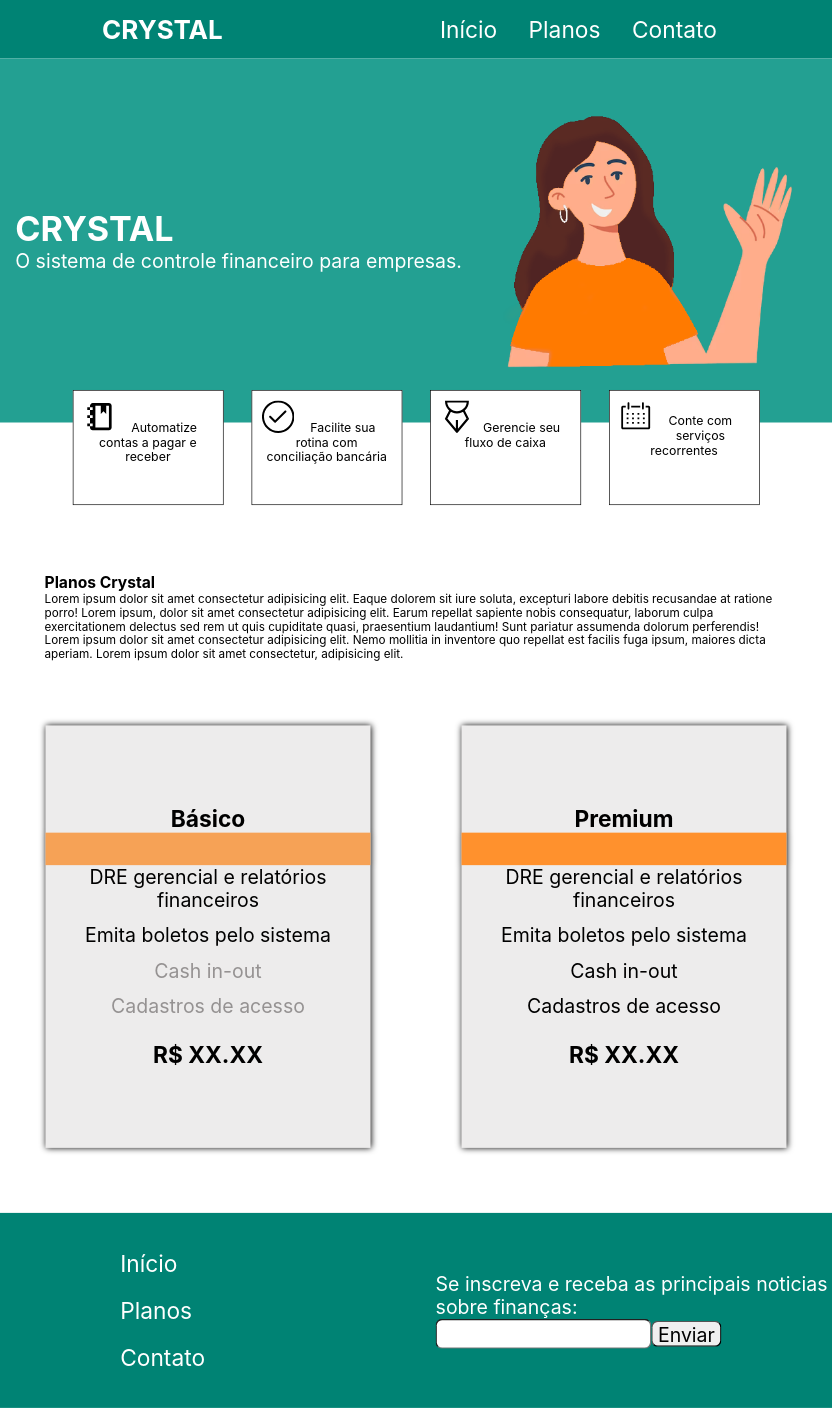
Repository: Matheus904-12/Crystallize
Page: index.html
The author's editor kept a copy of each file at every save. The page is drawn from the files as they stood at one save, then again after the next save.
The browser window is 1280 px wide. The pictures show the whole page, at 65% of full size.
Some web fonts or font styles are not loaded; a fallback is used.

Above is the page before, as saved 2023-07-24 21:19:36.

### index.html
<!DOCTYPE html>
<html lang="pt-br">

<head>
    <meta charset="UTF-8">
    <meta name="viewport" content="width=device-width, initial-scale=1.0">

    <title>Crystal</title>

    <link rel="stylesheet" href="style.css">

</head>

<body>

    <header id="header">

        <h1 class="textoBranco logo">
            CRYSTAL
        </h1>

        <div class="textoBranco links">
            <a href="#header" class="paginas">Início</a>
            <a href="#planosOPC" class="paginas">Planos</a>
            <a href="contato.html" class="paginas">Contato</a>
        </div>

    </header>
    <section class="destaque">
        <div id="textLateral">
            <div class="textoBranco" id="titulo">
                <h1>CRYSTAL</h1>
            </div>
            <div class="textoBranco">
                <p>O sistema de controle financeiro para empresas.</p>
            </div>
        </div>
        <div class="textoBranco">
            <img src="mulher.png" alt="mulher acenando">
        </div>
    </section>
    <div class="boxes">
        <div class="box">
            <img src="planner.svg" alt="Logotipo">
            <h1></h1>
            <p>Automatize contas a pagar e receber</p>
        </div>
        <div class="box">
            <img src="check.svg" alt="Logotipo">
            <h1></h1>
            <p>Facilite sua rotina com conciliação bancária</p>
        </div>
        <div class="box">
            <img src="caneta.svg" alt="Logotipo">
            <h1></h1>
            <p>Gerencie seu fluxo de caixa</p>
        </div>
        <div class="box">
            <img src="calendario.svg" alt="Logotipo">
            <h1></h1>
            <p style="margin-top: 20px;">Conte com serviços recorrentes</p>
        </div>
    </div>

    <section id="planosOpc">
        <h1 class="textoPadrao planoTitulo">
            Planos Crystal
        </h1>
        <div class="textoPadrao planoTexto">
            <p>Lorem ipsum dolor sit amet consectetur adipisicing elit. Eaque dolorem sit iure soluta, excepturi labore debitis recusandae at ratione porro! Lorem ipsum, dolor sit amet consectetur adipisicing elit. Earum repellat sapiente nobis consequatur, laborum culpa exercitationem delectus sed rem ut quis cupiditate quasi, praesentium laudantium! Sunt pariatur assumenda dolorum perferendis!</p>
            <p>Lorem ipsum dolor sit amet consectetur adipisicing elit. Nemo mollitia in inventore quo repellat est facilis fuga ipsum, maiores dicta aperiam. Lorem ipsum dolor sit amet consectetur, adipisicing elit.</p>

        </div>
    </section>

    <nav class="opcoes">
        <div class="basic">
            <h2>Básico</h2>
            <div class="faixaBasic"></div>
            <p class="textoPadrao">DRE gerencial e relatórios financeiros</p>
            <br>
            <p class="textoPadrao">Emita boletos pelo sistema</p>
            <br>
            <p class="textoPadrao desativado">Cash in-out</p>
            <br>
            <p class="textoPadrao desativado">Cadastros de acesso</p>
            <br>
            <br>
            <h2>R$ XX.XX</h2>
        </div>

        <div class="premium">
            <h2>Premium</h2>
            <div class="faixa"></div>
            <p class="textoPadrao">DRE gerencial e relatórios financeiros</p>
            <br>
            <p class="textoPadrao">Emita boletos pelo sistema</p>
            <br>
            <p class="textoPadrao">Cash in-out</p>
            <br>
            <p class="textoPadrao">Cadastros de acesso</p>
            <br>
            <br>
            <h2>R$ XX.XX</h2>

        </div>
    </nav>

    <footer>
        <div class="textoBranco coluna">
            <a href="#header" class="paginasVertical">Início</a>
            <a href="#planosOPC" class="paginasVertical">Planos</a>
            <a href="contato.html" class="paginasVertical">Contato</a>
        </div>

        <div id="inscrever">
            <div class="coluna">
                <p class="textoBranco" id="inscricao">Se inscreva e receba as principais noticias sobre finanças:</p>
                <br>
                <br>
                <br>
                <br>
                <div class="inscreverse">
                    <input id="email" type="email">

                    <button id="enviar">Enviar</button>
                </div>
            </div>
        </div>
    </footer>
</body>

</html>

### style.css
/* RESET */

* {
    margin: 0;
}

/* FIM RESET */

/* PADRAO */

@font-face {
    font-family: "inter";
    src: url(atributos/fontInter/Inter-VariableFont_slnt\,wght.ttf);
}

h2 {
    font-size: 35px;
    font-family: "inter";
}

.textoBranco {
    font-family: "inter";
    color: #fff;
    font-size: 30px;
}

.textoPadrao {
    font-family: "inter";
    font-size: 30px;
}

html {
    scroll-behavior: smooth;
}

/* FIM PADRAO */


/* HEADER */

#header {
    background-color: #008374;
    width: 100vw;
    height: 90px;

    display: flex;
    justify-content: space-around;
    align-items: center;

}

.logo {
    font-size: 40px;
    color: #fff;
  }



.paginas {
    font-size: 35px;
    color: #fff;
    text-decoration: none;
    padding: 0px 20px;
}

/* FIM HEADER */

/* DESTAQUE */

.destaque {
    display: flex;
    align-items: center;
    justify-content: space-around;
    width: 100vw;
    height: 560px;

    background-color: #23A092;
}

#titulo {
    font-family: "inter";
    font-size: 35px;

}

/* FIM DESTAQUE*/










/* PLANOS */

.planosOpc {
    position: absolute;
    display: flex;
    width: 100px;
    height: 200px;
    font-size: 18px;
    flex-wrap: wrap;
  }

  .planoTitulo {
    font-size: 24px;
    margin-top: 5px;
    padding: 0px 50px 0px 68.5px;
  }

  .planoTexto {
    padding: 0px 68.5px 0px 68.5px;
    font-size: 18px;
  }
/* FIM PLANOS */

/* OPCOES */

.opcoes {
    padding: 100px 0px;
    width: 100vw;
    display: flex;
    justify-content: space-around;
    text-align: center;
}

.faixa {
    width: 500px;
    height: 50px;

    background-color: #FF912D;
}

.faixaBasic {
    width: 500px;
    height: 50px;

    background-color: #F6A256;
}



.basic {
            background-color: #EDECEC;

            width: 500px;
            height: 650px;

            display: flex;
            justify-content: center;
            flex-direction: column;

            filter: drop-shadow(1px 0px 5px #000000);

        }

.desativado {
    color: #959292;
}

.premium {
            background-color: #EDECEC;

            width: 500px;
            height: 650px;

            display: flex;
            justify-content: center;
            flex-direction: column;

            filter: drop-shadow(1px 0px 5px #000000);
        }
/* FIM OPCOES */
/* RODAPE */

footer {
    width: 100vw;
    height: 300px;

    display: flex;
    align-items: center;
    justify-content: space-around;

    background-color: #008374;
}

 .coluna {
    display: flex;
    flex-direction: column;}


.paginasVertical {
    padding: 15px;
    font-size: 35px;
    color: #fff;
    text-decoration: none;
}

#inscrever {
    width: 440px;
    height: 300px;

    flex-direction: column;
    display: flex;
    align-content: center;
    justify-content: space-around;

}

#inscricao {
    position: absolute;
}

#email {
    width: 400px;
    height: 40px;
    border-radius: 10px;
}

#enviar {
    width: 130px;
    height: 40px;
    border-radius: 10px;
    font-size: 30px;
    font-family: "inter";
}

.inscreverse {
    display: flex;
    align-items: center;
}
/*Caxinhas*/
.box {
    width: 200px;
    height: 145px;
    border: 1px solid black;
    padding: 15px;
    margin: 10px;
    margin-top: -50px;
    background-color: #FFF;
  }

  .box h1 {
    font-size: 20px;
    font-weight: bold;
  }

  .box p {
    color: #000;
    font-family: Inter;
    font-size: 19px;
    font-style: normal;
    font-weight: 400;
    line-height: normal;
    margin-top: 30px;
    text-align: center;
  }

  .box img {
    width: 50px;
    height: 50px;
    float:inline-start;
    margin-right: 10px;
    margin-top: 80px;
  }

  .boxes {
    display: flex;
    justify-content: space-around;
    align-items: center;
    padding: 90px;
    margin-top: -90px;
  }

  .box img {
    display: block;
    margin: 0 auto;
  }

  .box {
    display: inline-block;
  }

  /* INFORMACOES */

.info {
    display: flex;
    flex-direction: column;

    margin: 100px 500px

}

.comoContatar {
    margin: 100px 100px
}
/* FIM INFORMACOES */

After the next save:
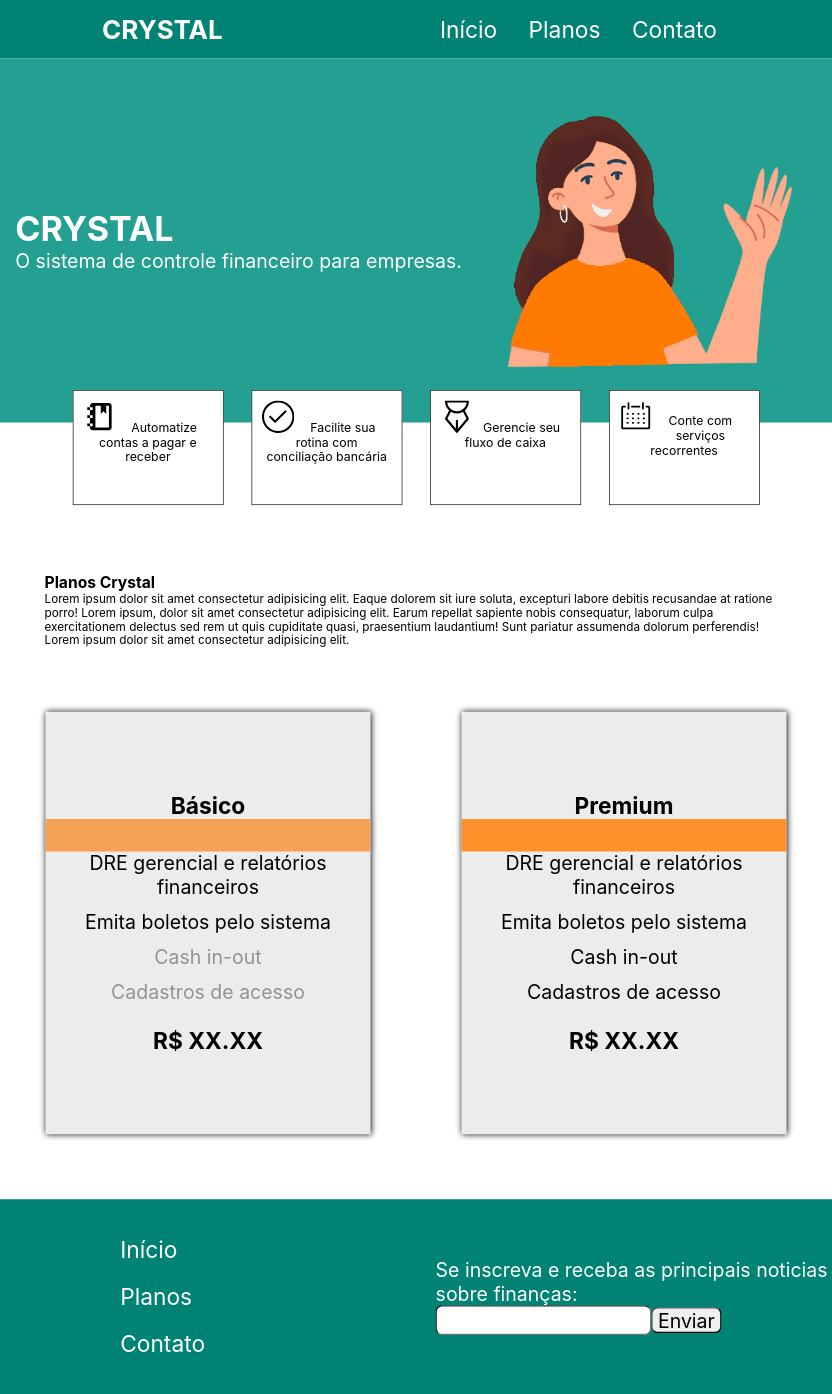
Saved 25 s later.
--- a/index.html
+++ b/index.html
@@ -68,7 +68,7 @@
         </h1>
         <div class="textoPadrao planoTexto">
             <p>Lorem ipsum dolor sit amet consectetur adipisicing elit. Eaque dolorem sit iure soluta, excepturi labore debitis recusandae at ratione porro! Lorem ipsum, dolor sit amet consectetur adipisicing elit. Earum repellat sapiente nobis consequatur, laborum culpa exercitationem delectus sed rem ut quis cupiditate quasi, praesentium laudantium! Sunt pariatur assumenda dolorum perferendis!</p>
-            <p>Lorem ipsum dolor sit amet consectetur adipisicing elit. Nemo mollitia in inventore quo repellat est facilis fuga ipsum, maiores dicta aperiam. Lorem ipsum dolor sit amet consectetur, adipisicing elit.</p>
+            <p>Lorem ipsum dolor sit amet consectetur adipisicing elit.</p>
 
         </div>
     </section>
